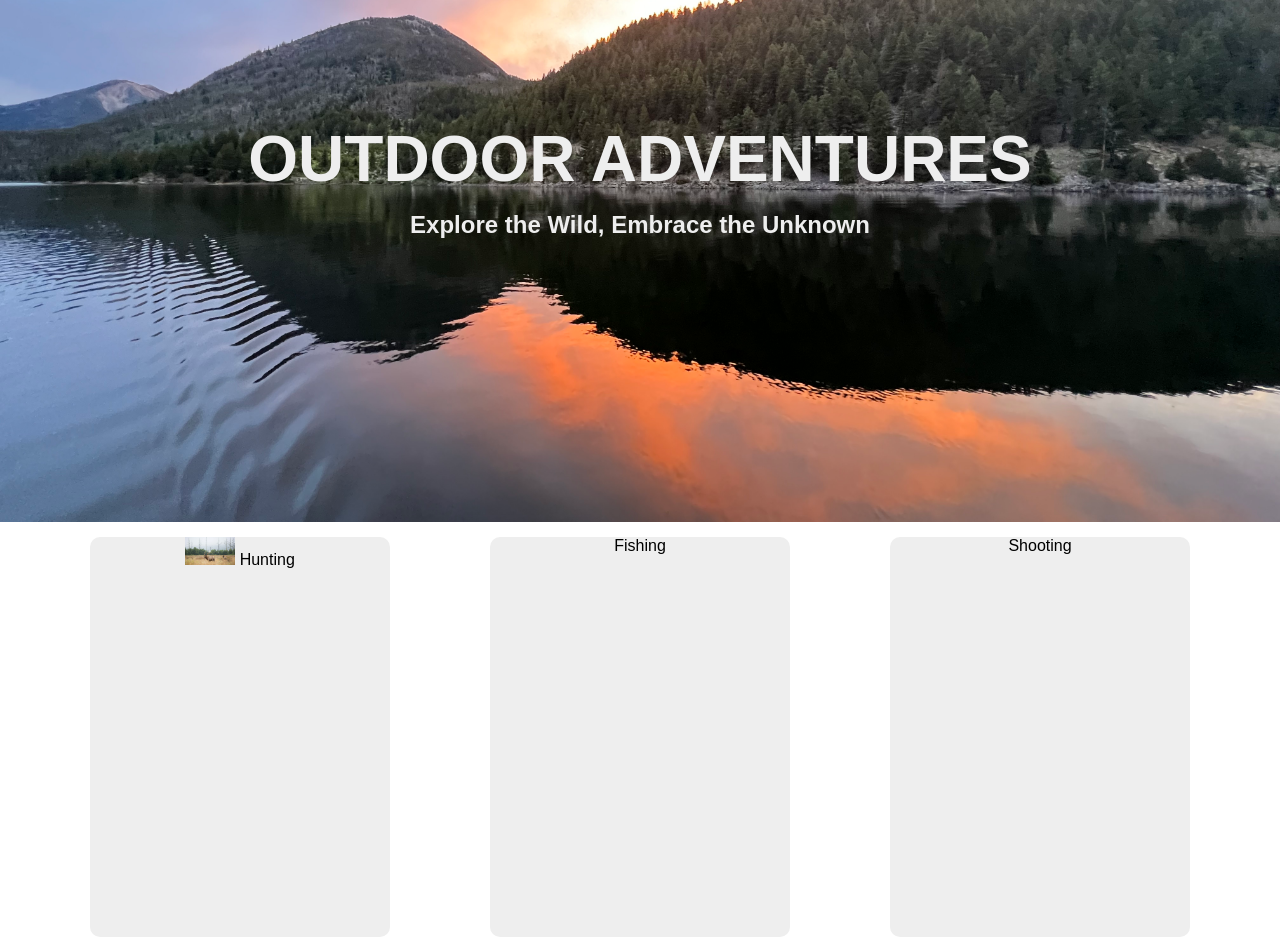
Repository: iforgotmylogin/WebDesignFinal
Page: index.html
These files come from the project's save history. The page is drawn as it stood at one moment and after the next save; the edit follows.
The browser window is 1280 px wide. The pictures show the part of the page from y = 290 to 1242 px (the page is 1242 px tall).
A picture or video elsewhere on the page could not be fetched, so the positions and the page height are approximate.

Above is the page before, as saved 2024-04-07 18:08:16.

After the next save:
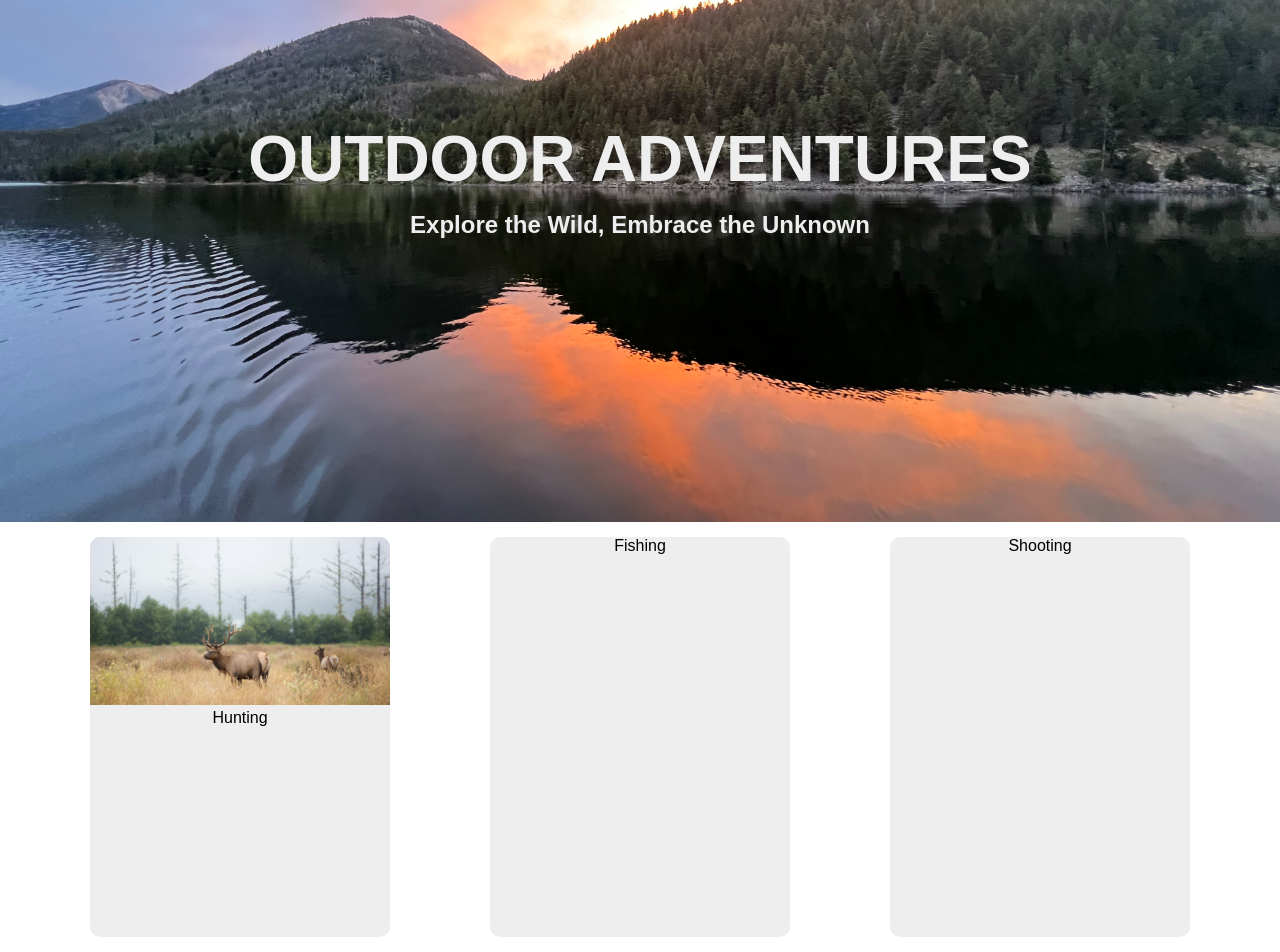
Saved 17 s later.
--- a/css/homepage.css
+++ b/css/homepage.css
@@ -24,5 +24,6 @@
     border-radius: 10px;
 }
 .Hunting img{
-    width: 50px;
+    width: 100%;
+
 }
